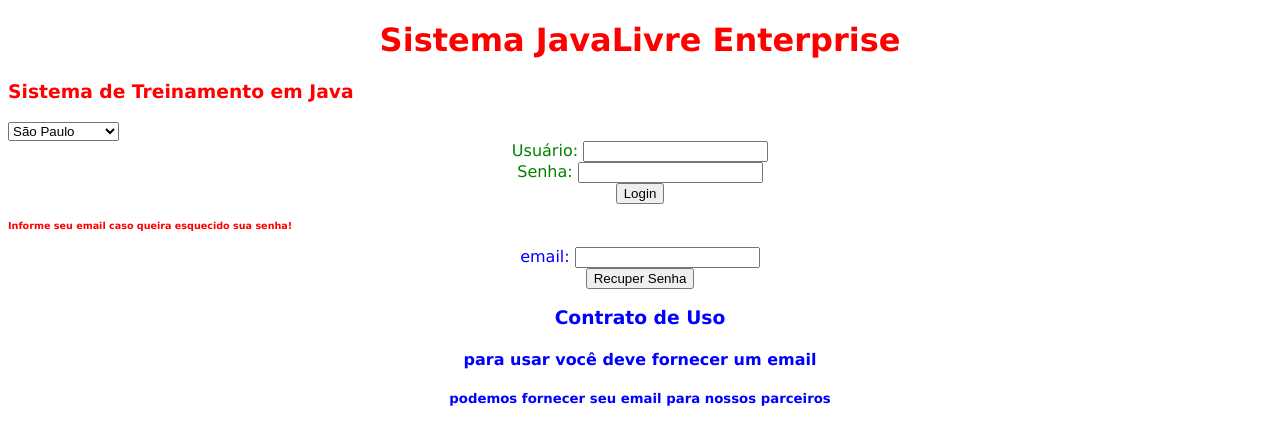
Repository: marciojv/treina-java
Page: workspace/JavaLivre/src/html/login.html
An editor plug-in stored every save of this project. The page is shown before and after the next save, followed by the edit.
The browser window is 1280 px wide. The pictures show the whole page.

Above is the page before, as saved 2017-06-10 16:07:59.

### workspace/JavaLivre/src/html/login.html
<!DOCTYPE html>
<html>
<head>

<link rel="stylesheet" type="text/css" href="css/javalivre.css">

<style type="text/css">

form1 > select {
    color: yellow;
}

div {
   color: blue;
   text-align: center;
}

h1 {
  text-align: center;
}

#h5recupera {
  font-size: 60%;
}

.contrato {
    text-align: center;
    color: blue;
}

</style>


<meta charset="UTF-8">
<title>Login</title>
</head>
<body>
<h1>Sistema JavaLivre Enterprise</h1>
<h3>Sistema de Treinamento em Java</h3>

<form id="form1" action="login.html">

<select name="estado" >
  <option value="PR">Paraná</option>
  <option value="SC">Santa Catarina</option>
  <option selected value="SP">São Paulo</option>
</select>

<div id="divlogin" style="color:green" >
Usuário: <input type="text" name="login"><br>
Senha:   <input type="text" name="senha"><br>
         <input type="submit" value="Login"><br>
</div>

</form>

<h5 id="h5recupera" >Informe seu email caso queira esquecido sua senha!</h5>
<div id="divrecupera">
<form action="login.html">
email: <input type="email" name="email"><br>
       <input type="submit" value="Recuper Senha"><br>
</form>
</div>

<h3 class="contrato" >Contrato de Uso</h3>
<h4 class="contrato" >para usar você deve fornecer um email</h4>
<h5 class="contrato" >podemos fornecer seu email para nossos parceiros</h5>

</body>




</html>

### workspace/JavaLivre/src/html/css/javalivre.css
@CHARSET "UTF-8";

body {
  color: red;
  font-family: verdana;
}

After the next save:
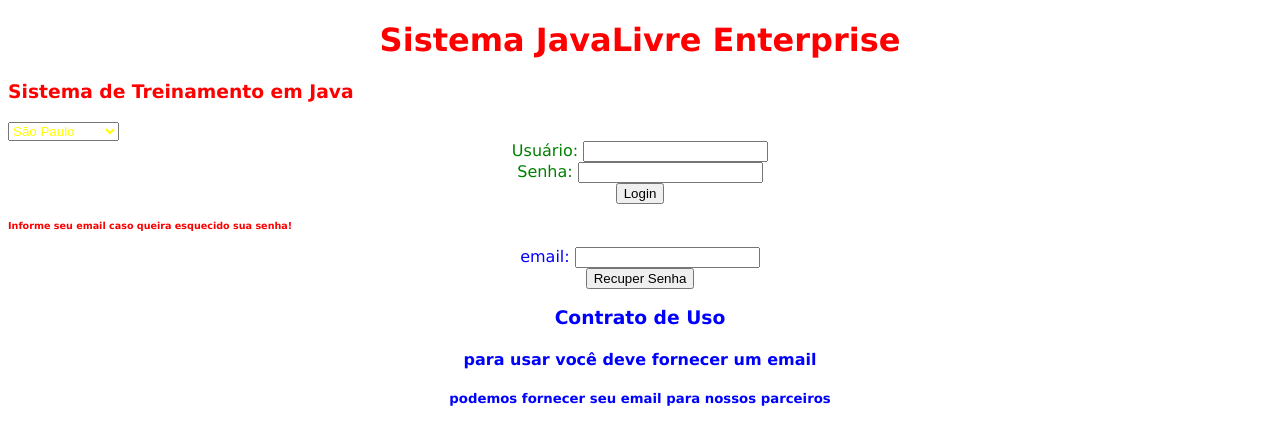
Saved 13 s later.
--- a/workspace/JavaLivre/src/html/login.html
+++ b/workspace/JavaLivre/src/html/login.html
@@ -6,7 +6,7 @@
 
 <style type="text/css">
 
-form1 > select {
+form > select {
     color: yellow;
 }
 

After the 2 saves that followed:
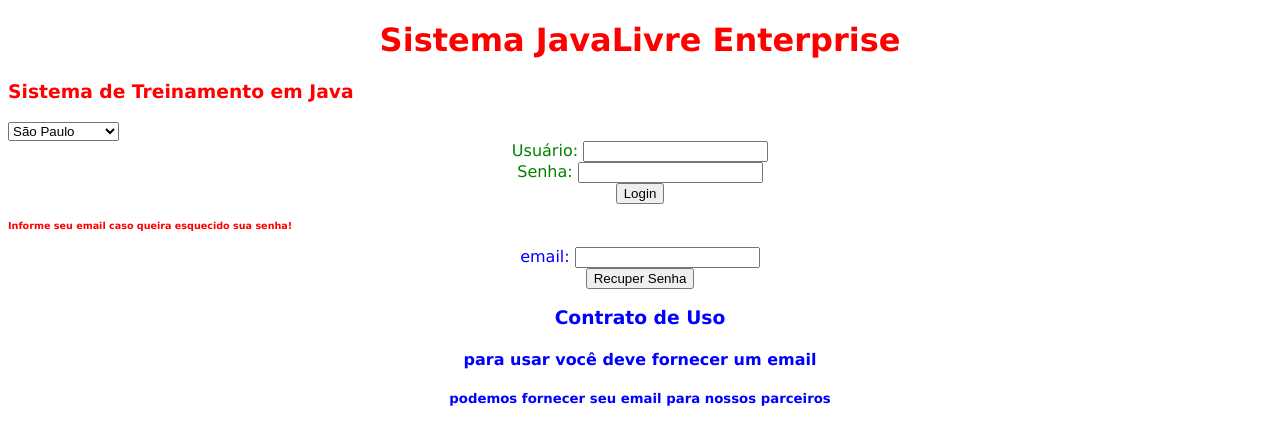
The 2 saves are shown as one change because 1 left the picture as it was.
The last was saved 39 s later.
--- a/workspace/JavaLivre/src/html/login.html
+++ b/workspace/JavaLivre/src/html/login.html
@@ -6,9 +6,16 @@
 
 <style type="text/css">
 
-form > select {
+/*form > select {
     color: yellow;
 }
+)
+
+select {
+    color: yellow;
+}
+*/
+
 
 div {
    color: blue;
